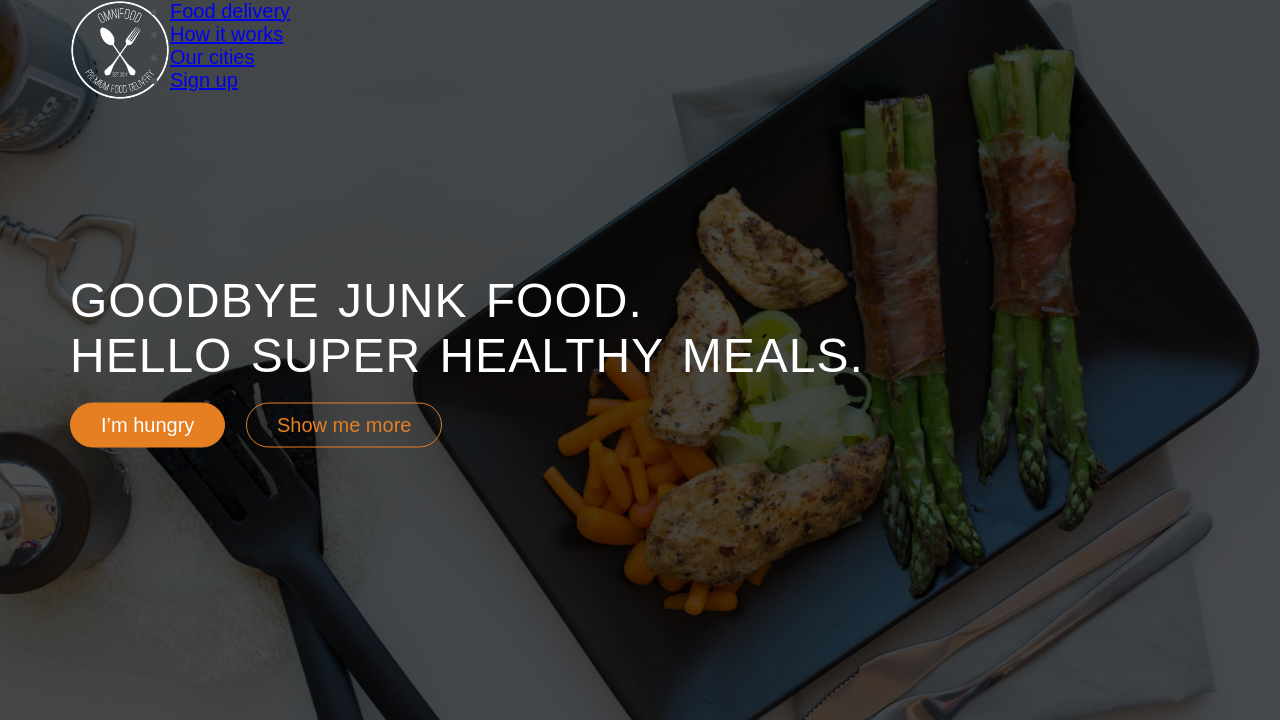
Repository: pboi18/E-Foods
Page: index.html
These files come from the project's save history. The page is drawn as it stood at one moment and after the next save; the edit follows.
The browser window is 1280 px wide. The pictures show the whole page.

Above is the page before, as saved 2020-07-09 22:33:37.

After the next save:
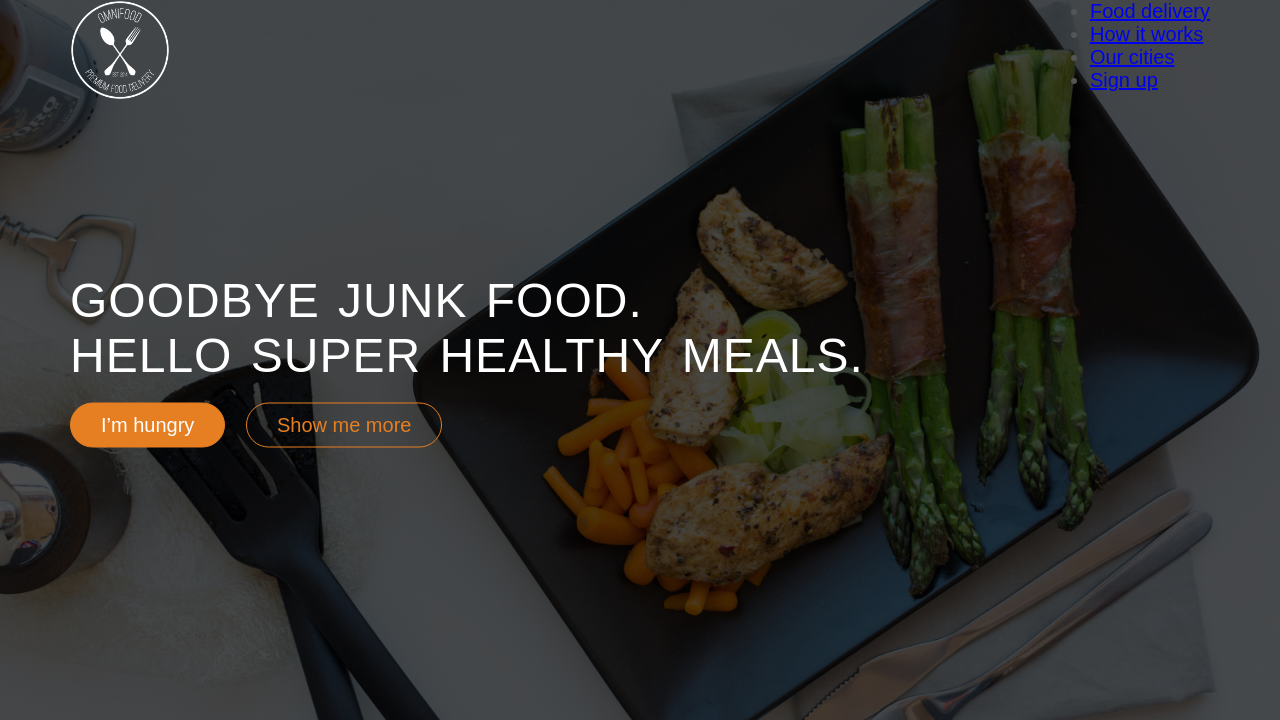
Saved 44 s later.
--- a/resources/css/style.css
+++ b/resources/css/style.css
@@ -114,3 +114,7 @@ header {
     width: auto;
     float: left;
 }
+
+.main-nav {
+    float: right;
+}
